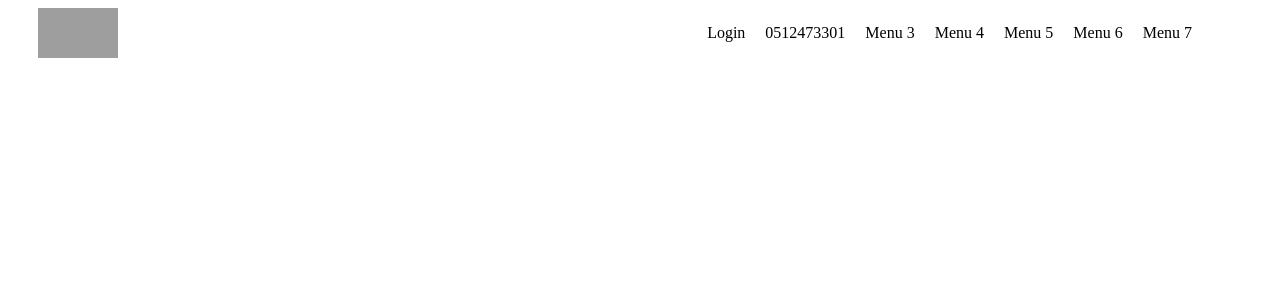
Repository: syedali042/quadacts-cucurico
Page: index.html
An editor plug-in stored every save of this project. The page is shown before and after the next save, followed by the edit.
The browser window is 1280 px wide. The pictures show the whole page.
Pictures or frames that could not be fetched are drawn as grey boxes.

Above is the page before, as saved 2021-10-03 21:05:12.

### index.html
<!DOCTYPE html>
<html lang="en">
<head>
    <meta charset="UTF-8">
    <meta http-equiv="X-UA-Compatible" content="IE=edge">
    <meta name="viewport" content="width=device-width, initial-scale=1.0">
    <link rel="stylesheet" href="index.css">
    <title>Cucurico</title>
</head>
<body>

    <section class="header">

        <div class="header-container">
            <div class="logo-container">
                <img src="logo.jpg" alt="" class="logo">
            </div>
            <div class="menu-container">
                <div class="menu">
                    <ul>
                        <li>Login</li>
                        <li>0512473301</li>
                        <li>Menu 3</li>
                        <li>Menu 4</li>
                        <li>Menu 5</li>
                        <li>Menu 6</li>
                        <li>Menu 7</li>
                    </ul>
                </div>
            </div>
        </div>

    </section>

</body>
</html>

### index.css
.header{
    background: #fff;
}

.header-container{
    display: flex;
    padding-left: 30px;
    padding-right: 30px;
}
.logo-container{
    width:30%;
}
.logo{
    width: 80px;
    height: 50px;
}
.menu-container{
    width: 70%;
}
.menu ul{
    display: flex;
    align-items: center;
    justify-content: right;
    padding-right: 30px
}
.menu ul li{
    list-style: none;
    padding-right: 20px;
}






/*##Device = Desktops
##Screen = 1281px to higher resolution desktops
*/



@media (min-width: 1281px) {

/* CSS */



}

/*
##Device = Laptops, Desktops
##Screen = B/w 1025px to 1280px
*/

@media (min-width: 1025px) and (max-width: 1280px) {

/* CSS */

}

/*
##Device = Tablets, Ipads (portrait)
##Screen = B/w 768px to 1024px
*/

@media (min-width: 768px) and (max-width: 1024px) {

/* CSS */

}

/*
##Device = Tablets, Ipads (landscape)
##Screen = B/w 768px to 1024px
*/

@media (min-width: 768px) and (max-width: 1024px) and (orientation: landscape) {

/* CSS */

}

/*
##Device = Low Resolution Tablets, Mobiles (Landscape)
##Screen = B/w 481px to 767px
*/

@media (min-width: 481px) and (max-width: 767px) {

/* CSS */

}

/*
##Device = Most of the Smartphones Mobiles (Portrait)
##Screen = B/w 320px to 479px
*/

@media (min-width: 320px) and (max-width: 480px) {

/* CSS */

}
/*
#Device = Desktops
##Screen = 1281px to higher resolution desktops
*/

@media (min-width: 1281px) {

/* CSS */

}

/*
##Device = Laptops, Desktops
##Screen = B/w 1025px to 1280px
*/

@media (min-width: 1025px) and (max-width: 1280px) {

/* CSS */

}

/*
##Device = Tablets, Ipads (portrait)
##Screen = B/w 768px to 1024px
*/

@media (min-width: 768px) and (max-width: 1024px) {

/* CSS */

}

/*
##Device = Tablets, Ipads (landscape)
##Screen = B/w 768px to 1024px
*/

@media (min-width: 768px) and (max-width: 1024px) and (orientation: landscape) {

/* CSS */

}

/*
##Device = Low Resolution Tablets, Mobiles (Landscape)
##Screen = B/w 481px to 767px
*/

@media (min-width: 481px) and (max-width: 767px) {

/* CSS */

}

/*
##Device = Most of the Smartphones Mobiles (Portrait)
##Screen = B/w 320px to 479px
*/

@media (min-width: 320px) and (max-width: 480px) {

/* CSS */

}

After the next save:
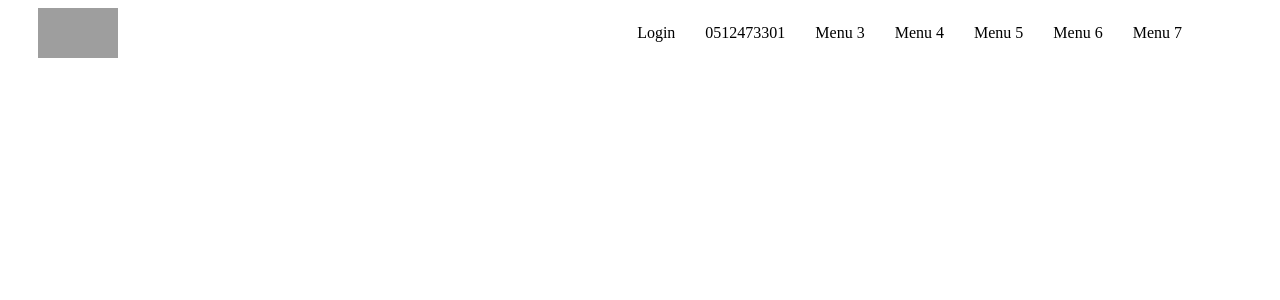
Saved 12 s later.
--- a/index.css
+++ b/index.css
@@ -25,7 +25,7 @@
 }
 .menu ul li{
     list-style: none;
-    padding-right: 20px;
+    padding-right: 30px;
 }
 
 
